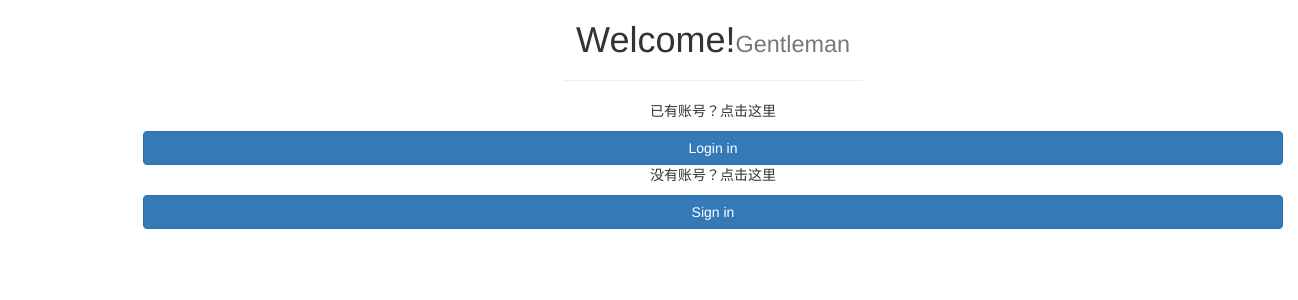
Repository: JasonBour/Beautypedia
Page: http://localhost/
The author's editor kept a copy of each file at every save. The page is drawn from the files as they stood at one save, then again after a run of saves.
The browser window is 1280 px wide. The page is 1298 px wide, so the pictures cover 1298 px, including what lies to the right of the window. The pictures show the whole page.
The page is run by PHP 8.4 with error messages shown; the project is at /var/www/html/.

Above is the page before, as saved 2015-09-13 12:32:34.

### Beautypedia/index.php
<html>
<head>
<meta charset="utf-8">
<link rel="stylesheet" type="text/css" href="./css/bootstrap.min.css"><!-- css file-->
<link rel="stylesheet" type="text/css" href="./css/index.css">
</head>
<body>


<div class="container ">
    <h1  class="title">Welcome!<small>Gentleman</small></h1>



     <HR align=center width=300 color=#987cb9 SIZE=1>

  <div  class="login">
   <p>已有账号？点击这里</p>
   <button type="button" class="btn btn-primary btn-block">Login in</button>

  </div>

  <div class="signin">
  <p>没有账号？点击这里</p>
   <button type="button" class="btn btn-primary btn-block">Sign in</button>


  </div>
 </div>


</body>

</html>

### Beautypedia/css/index.css
@CHARSET "UTF-8";
div.container{
	text-align:center;
	 margin-left:10%;

}
div.login{
	width:20%;
	display:inline;

}
div.signin{
	display:inline;
	width:20%;

}

Loaded but not shown: Beautypedia/css/bootstrap.min.css (library)

After the next 2 saves:
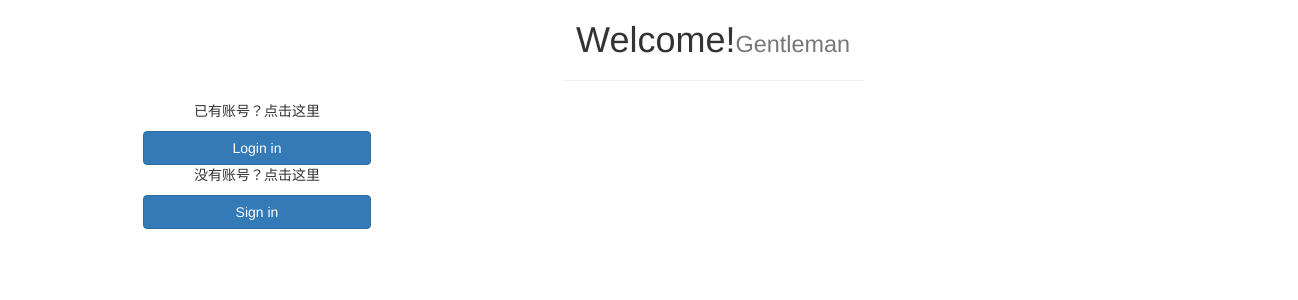
The 2 saves are shown as one change because they came seconds apart.
The last was saved 44 s later.
--- a/Beautypedia/css/index.css
+++ b/Beautypedia/css/index.css
@@ -6,11 +6,11 @@ div.container{
 }
 div.login{
 	width:20%;
-	display:inline;
+	float:left;
 
 }
 div.signin{
-	display:inline;
+
 	width:20%;
 
 }
